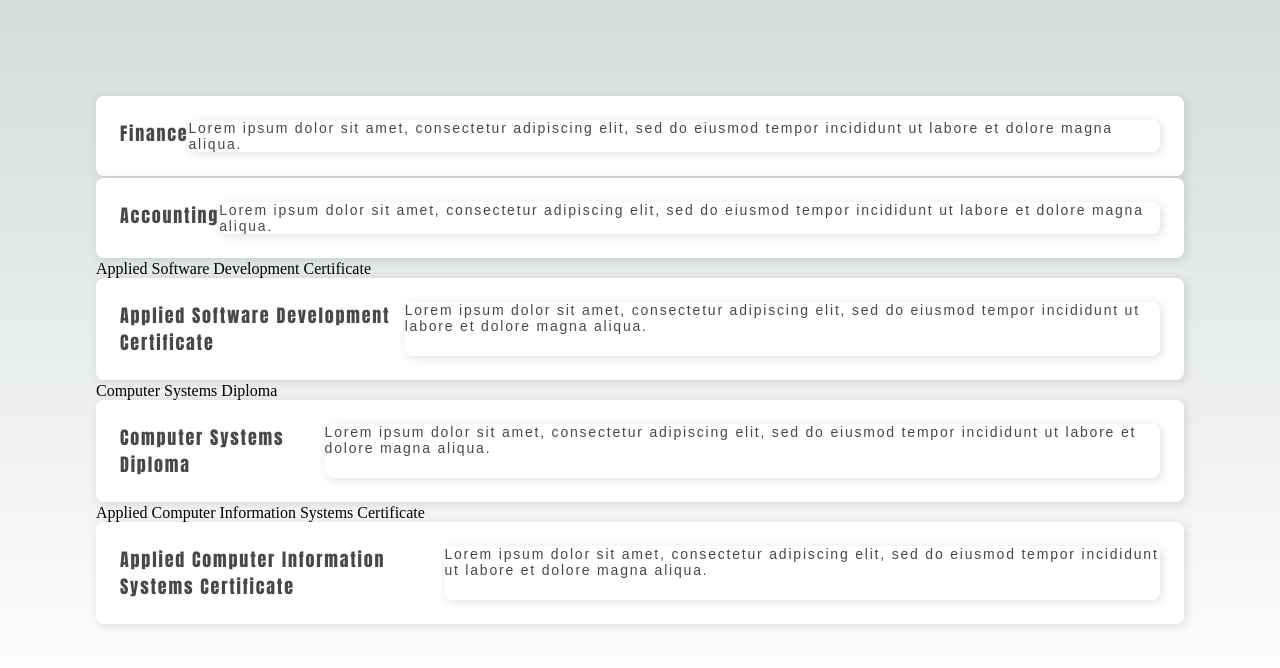
Repository: giovanabirck/class03-vercel-test
Page: /
An editor plug-in stored every save of this project. The page is shown before and after the next save, followed by the edit.
The browser window is 1280 px wide. The pictures show the whole page.
The project was rebuilt for these pictures with package versions that can differ from the ones it lists, and the page was loaded fresh each time. The framework's server and built-in components were replaced by stand-ins that run in the browser. Also part of the build but not shown: next.config.js.

Above is the page before, as saved 2023-01-24 21:26:35.

After the next save:
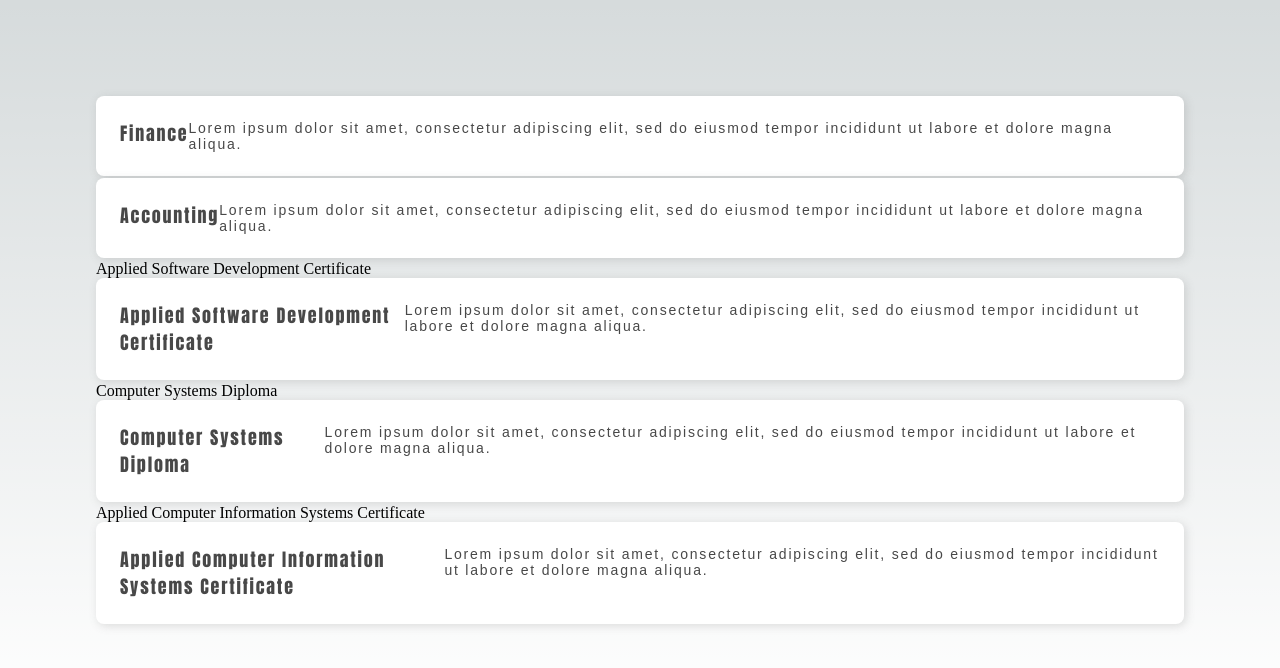
Saved 4 s later.
--- a/components/Card/index.js
+++ b/components/Card/index.js
@@ -22,9 +22,6 @@ export default function Card({
                 fontFamily: "arial",
                 color: "#484848",
                 fontSize: "14px",
-                display: "flex",
-                borderRadius: "8px",
-                boxShadow: "2px 2px 10px rgb(100, 100, 100, 0.2)"
             }}
             >Lorem ipsum dolor sit amet, consectetur adipiscing elit, sed do eiusmod tempor incididunt ut labore et dolore magna aliqua.</p>
         </div>
